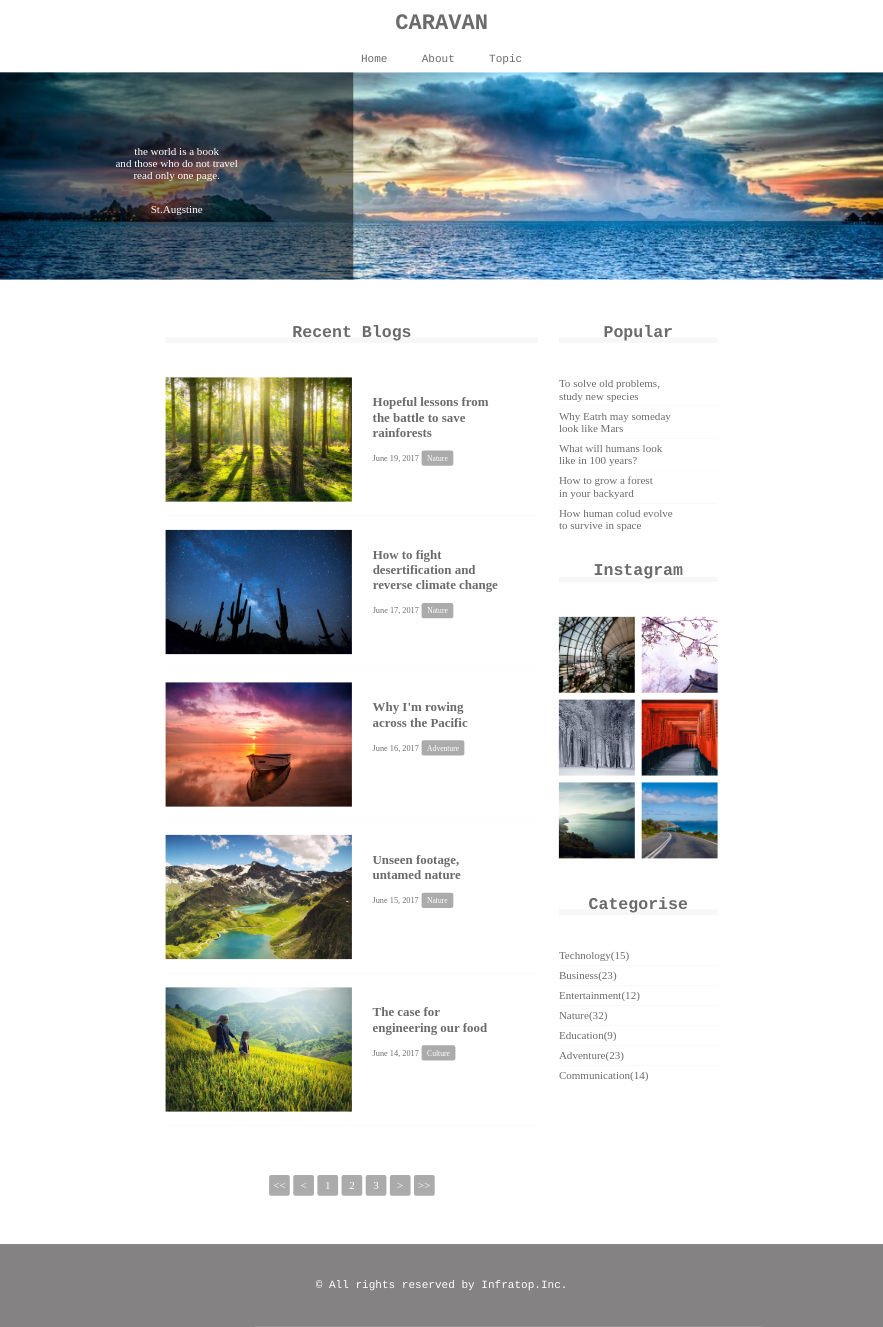
Repository: papisi-zu/book1
Page: caravan/index.html
The author's editor kept a record of every edit. The page is drawn from the files as they stood at one moment, then again after the next edit.
The browser window is 1280 px wide. The pictures show the whole page, at 69% of full size.
Some web libraries are served in a nearby version.

Above is the page before.

After the next edit:
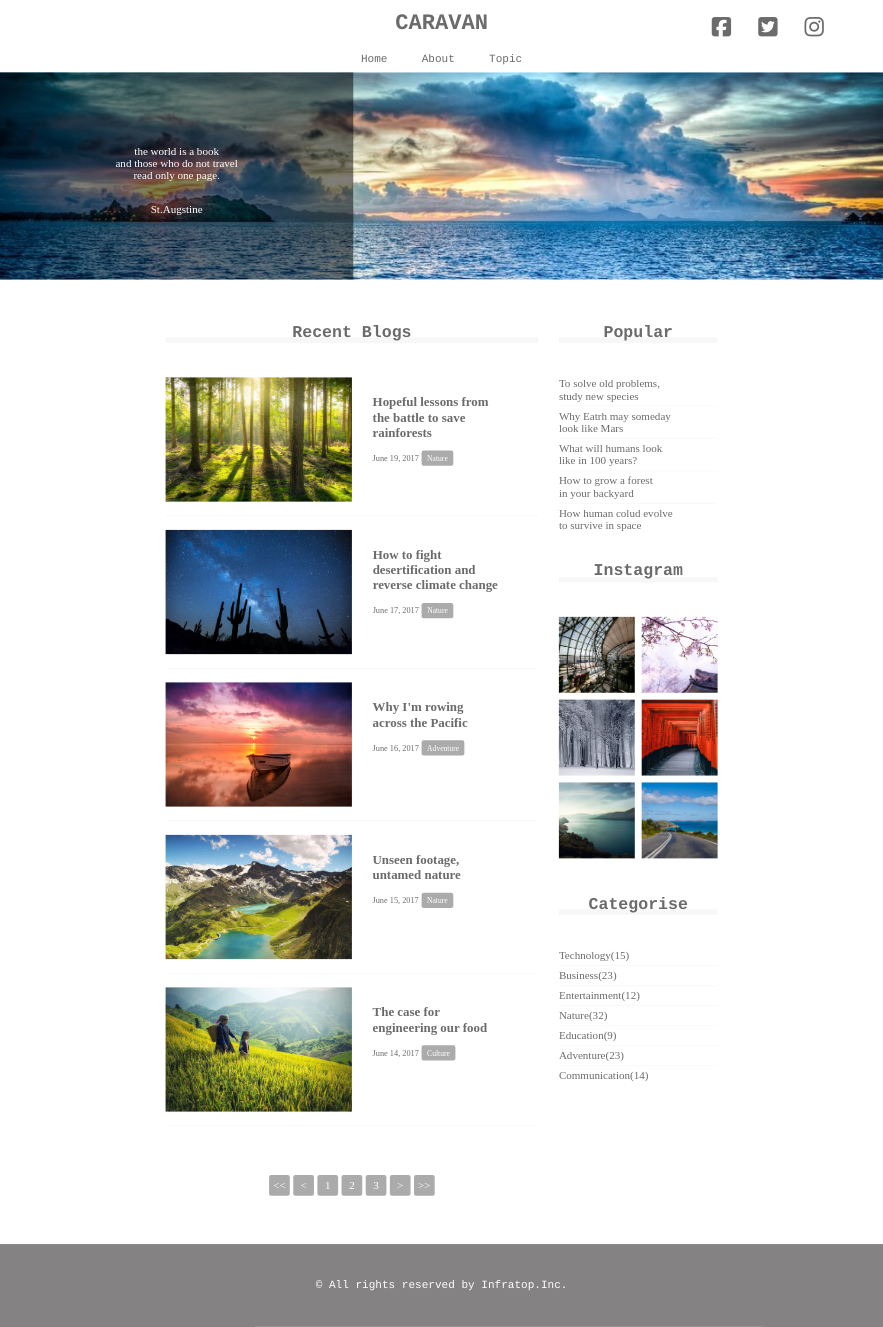
The edit:
--- a/caravan/index.html
+++ b/caravan/index.html
@@ -13,7 +13,11 @@
         <a href="index.html">
          CARAVAN
         </a>
-      <div class="social"></div>
+      <div class="social">
+        <i class="fab fa-facebook-square"></i>
+        <i class="fab fa-twitter-square"></i>
+        <i class="fab fa-instagram"></i>
+      </div>
       </h1>
     </header>
     <nav>
